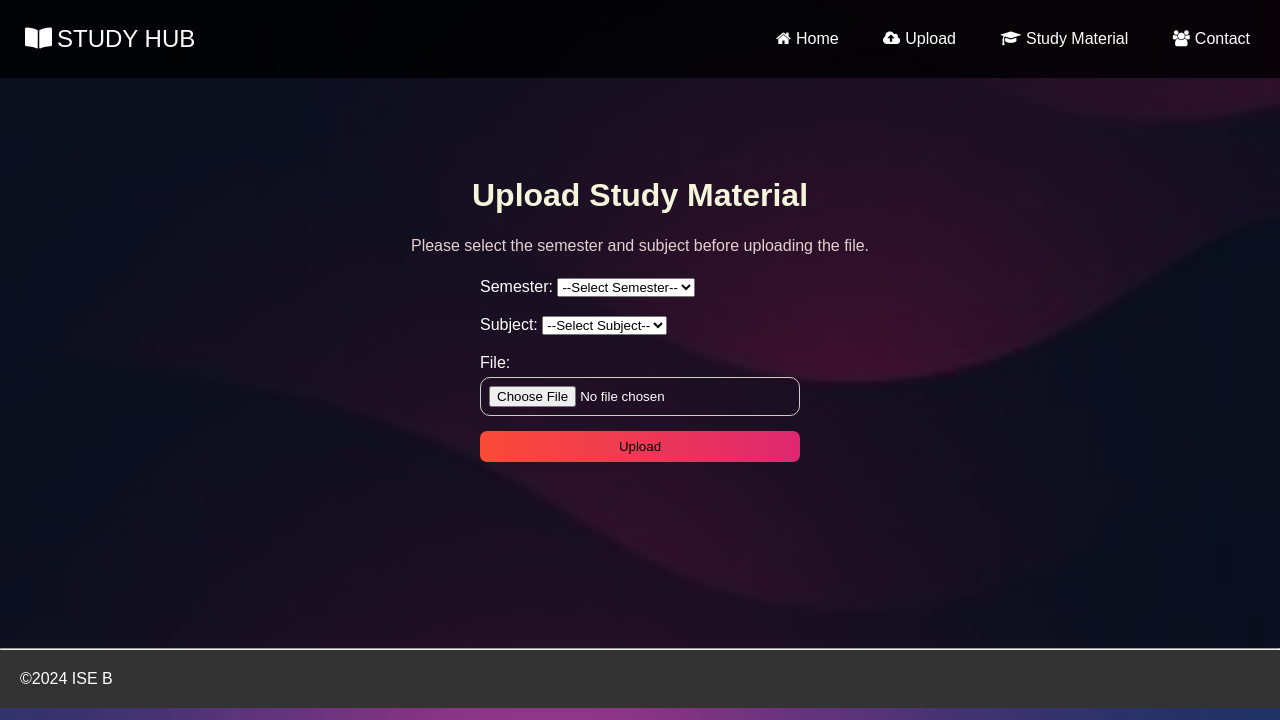
Repository: Acharya-Keerthana/Education
Page: http://localhost/upload.php
The author's editor kept a copy of each file at every save. The page is drawn from the files as they stood at one save, then again after the next save.
The browser window is 1280 px wide. The pictures show the whole page.
The page is run by PHP 8.4 with error messages shown; the project is at /var/www/html/.

Above is the page before, as saved 2024-04-10 11:08:00.

After the next save:
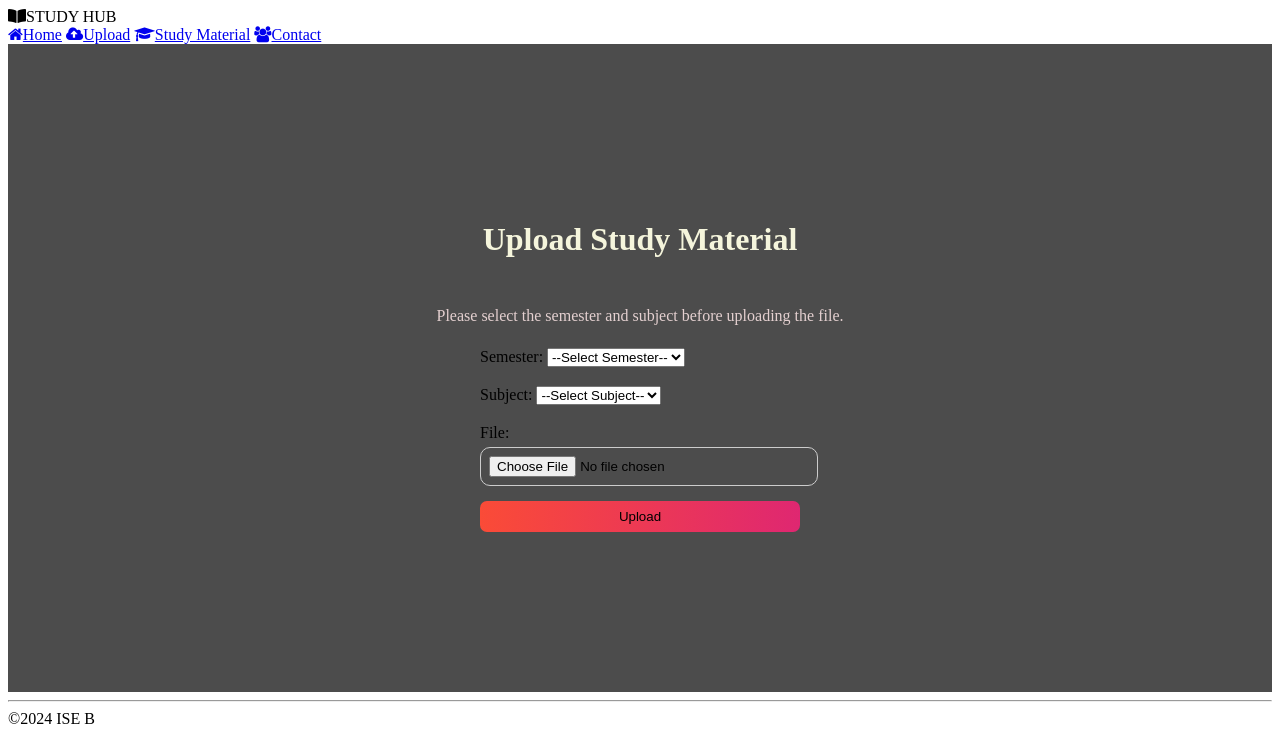
Saved 3 min 47 s later.
--- a/upload.php
+++ b/upload.php
@@ -9,9 +9,135 @@
     <meta charset="UTF-8">
     <meta name="viewport" content="width=device-width, initial-scale=1.0">
     <title>Upload</title>
-    <link rel="stylesheet" href="style.css">
     <link rel="stylesheet" href="https://cdnjs.cloudflare.com/ajax/libs/font-awesome/5.15.4/css/all.min.css">
     <link rel="stylesheet" href="https://maxcdn.bootstrapcdn.com/font-awesome/4.7.0/css/font-awesome.min.css">
+    <style>
+        .studymaterial {
+    align-items: center;
+    background-color: rgba(0, 0, 0, 0.7);
+    display: flex;
+    flex-direction: column;
+    height: 90vh;
+    justify-content: center;
+}
+
+.studymaterial p {
+    color: #e4d0d0;
+    line-height: 1.5rem;
+    margin: 20px 0;
+    max-width: 500px;
+    text-align: center;
+}
+
+.study_heading {
+    color: #f5f5dc;
+    font-size: 2rem;
+}
+
+.sem {
+    align-items: center;
+    background-color: hsla(0, 0%, 100%,0.2);
+    border-radius: 40px;
+    display: flex;
+    flex-wrap: wrap;
+    height: 30%;
+    justify-content: center;
+    overflow: hidden;
+    width: 50%;
+}
+
+.sem_sec {
+    box-sizing: border-box;
+    padding: 10px;
+    text-align: center;
+    width: calc(100% / 3);
+}
+
+.sem_sec a {
+    color: beige;
+    display: block;
+    font-size: 17px;
+    letter-spacing: 0.5px;
+    padding: 25px;
+    position: relative;
+    text-align: center;
+    text-decoration: none;
+    z-index: 0;
+}
+
+.sem_sec:hover {
+    background: linear-gradient(to bottom, rgb(85, 10, 128), rgba(94, 4, 97, 0.979));
+    color: white;
+}
+
+.form {
+    background: linear-gradient(to bottom, rgba(45, 11, 100, 0.986), rgba(66, 5, 66, 0.5), rgba(86, 10, 105, 0.884));
+    padding: 2rem;
+    float: right;
+   margin: 10px 100px 10px 0px ;
+  border-radius: 20px;
+  box-shadow: inset 0px 0px 25px rgba(0,0,0,0.2), 0 0 40px rgba(0,0,0,0.3);
+}
+
+.container {
+    margin: 0 auto;
+    width: 100%;
+}
+
+.heading {
+    margin-bottom: 30px;
+    padding-top: 10px;
+    text-align: center;
+}
+
+.form-group {
+    margin-bottom: 15px;
+}
+
+.form-group label {
+    display: inline-block;
+    margin-bottom: 5px;
+}
+
+.form-group input,
+.form-group textarea {
+    border: 1px solid #ccc;
+    border-radius: 10px;
+    padding: 8px;
+    width: 100%;
+}
+
+.form-group textarea {
+    resize: vertical;
+}
+.form_img {
+        width: calc(50% - 20px);
+        margin-left: 50px;
+    }
+.form_img img{
+    max-width: 100%;
+    height: auto;
+    border-radius: 10px;
+    object-fit: cover;
+}
+
+.submit-btn {
+    background: linear-gradient(to right, #FA4B37, #DF2771);
+    border: none;
+    border-radius: 7px;
+    color: black;
+    cursor: pointer;
+    display: inline-block;
+    margin-bottom: 10px;
+    padding: 8px;
+    width: 20rem;
+}
+
+.submit-btn:hover {
+    background: rgba(255, 255, 255, 0.767);
+    color: #141414;
+}
+    </style>
 </head>
 <body>
     <div class="nav_bar">
